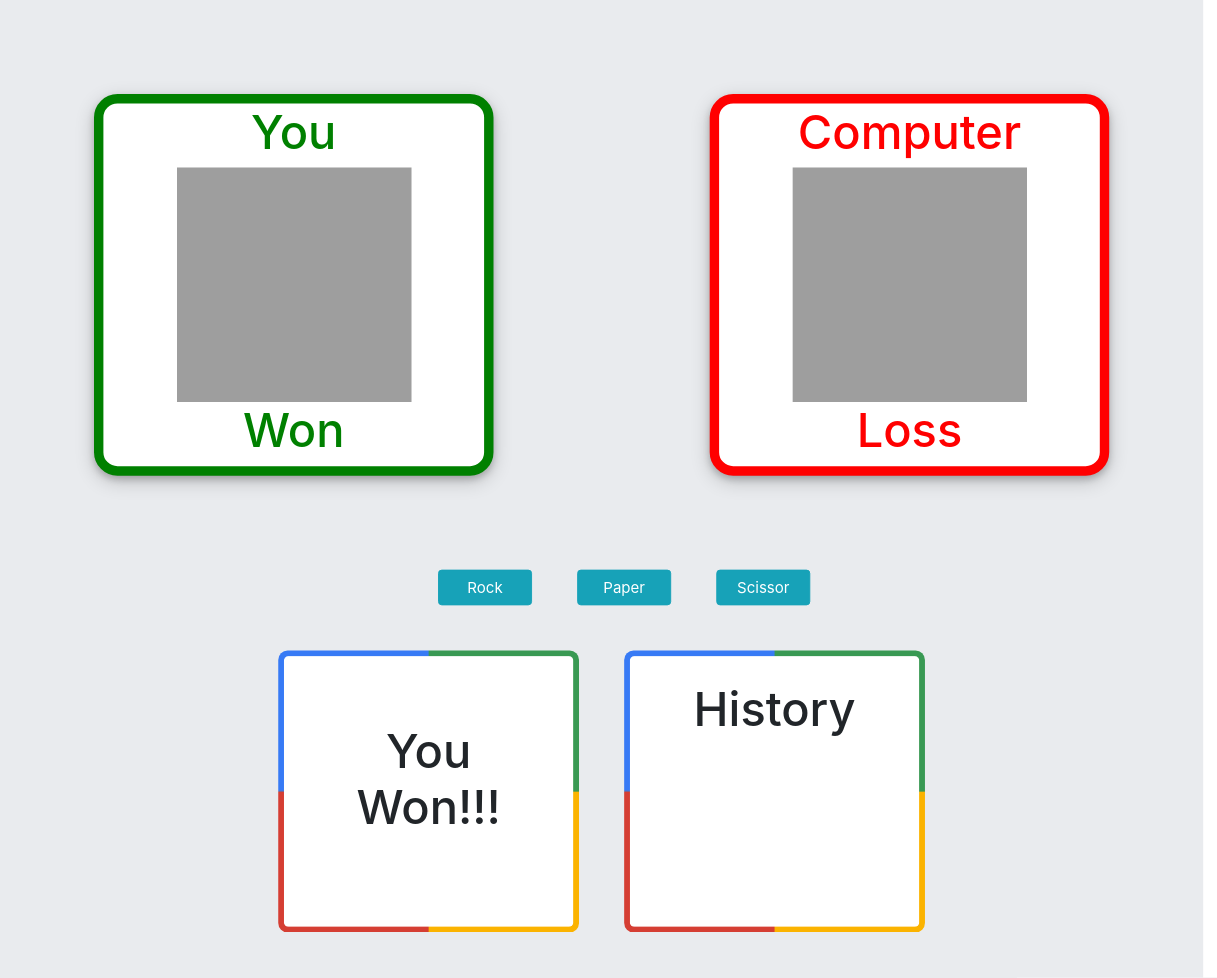
Repository: tts2610/React-Intro
Page: /
An editor plug-in stored every save of this project. The page is shown before and after a run of saves, followed by the edit.
The browser window is 1280 px wide. The page is 1295 px wide, so the pictures cover 1295 px, including what lies to the right of the window. The pictures show the whole page, at 94% of full size.
Pictures or frames that could not be fetched are drawn as grey boxes. Some web libraries are served in a nearby version. The project was rebuilt for these pictures with package versions that can differ from the ones it lists, and the page was loaded fresh each time.

Above is the page before, as saved 2020-05-26 23:29:32.

After the next 2 saves:
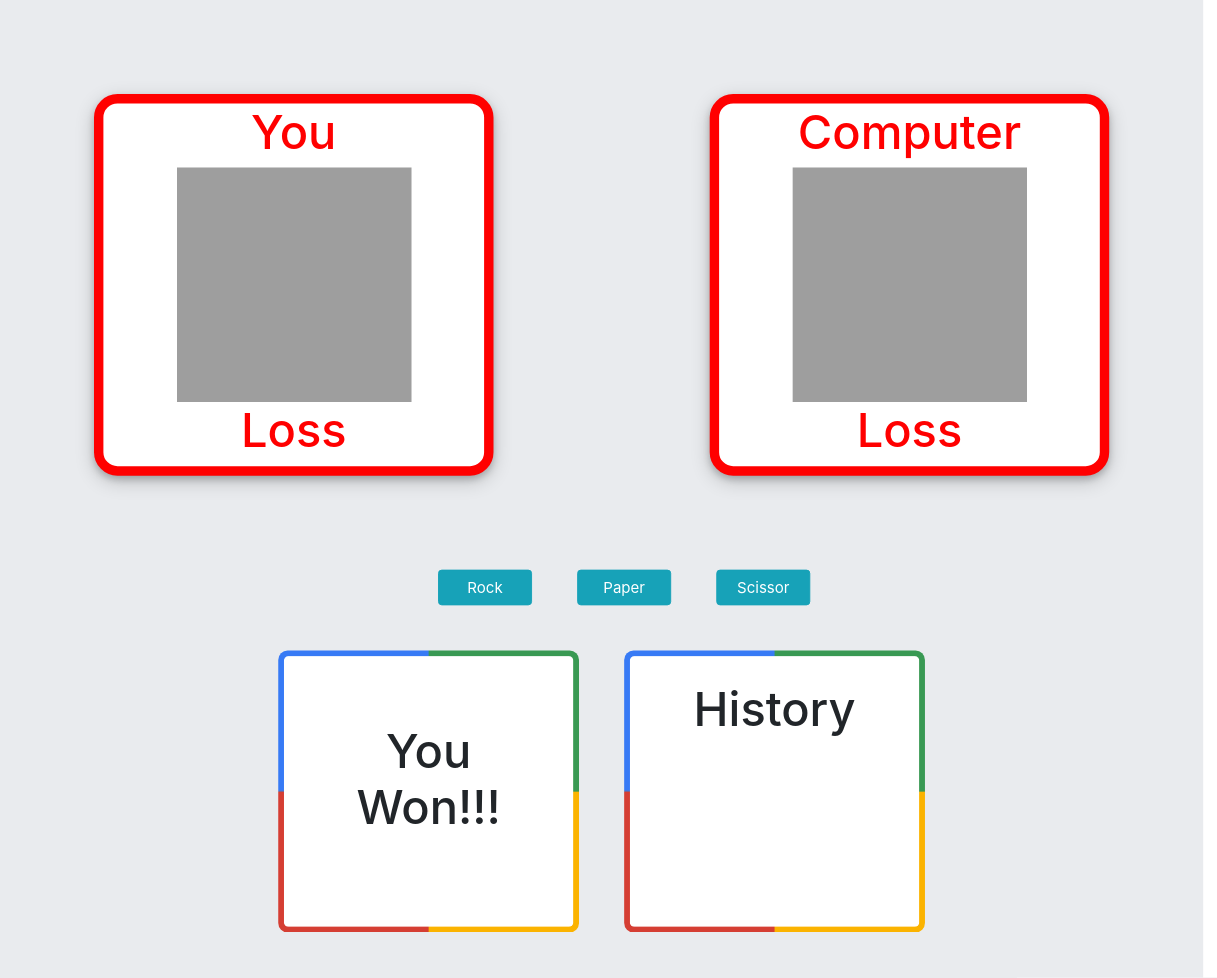
The 2 saves are shown as one change because 1 did not build or start.
The last was saved 7 min 43 s later.
--- a/src/App.js
+++ b/src/App.js
@@ -61,7 +61,7 @@ export default class App extends Component{
       <div className="App">
         <div className="row">
           <div className="col-6">
-              <ChoiceCard title="You" winner={this.state.me.winner} imgURL={this.state.me.imgURL} />
+              <ChoiceCard title="You" winner="" imgURL={this.state.me.imgURL} />
           </div>
           <div className="col-6">
               <ChoiceCard title="Computer" winner={this.state.computer.winner} imgURL={this.state.computer.imgURL}/>
